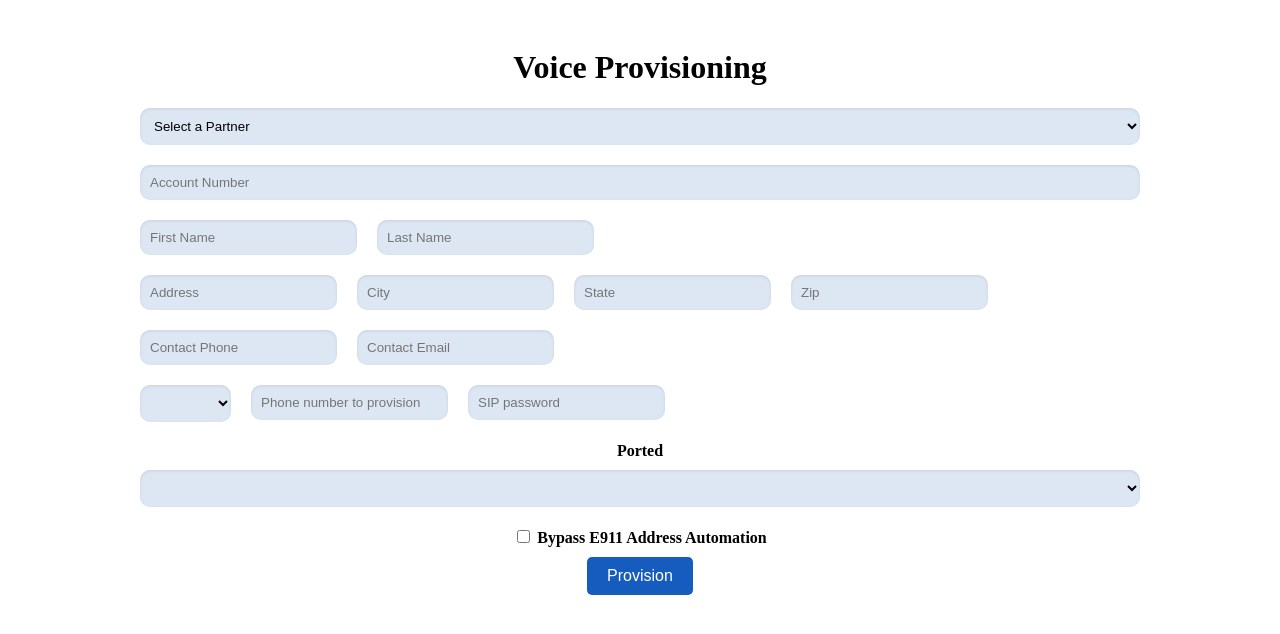
Repository: smallchungus/logiccom
Page: /
The author's editor kept a copy of each file at every save. The page is drawn from the files as they stood at one save, then again after the next save.
The browser window is 1280 px wide. The pictures show the whole page.
The project was rebuilt for these pictures with package versions that can differ from the ones it lists, and the page was loaded fresh each time. Also part of the build but not shown: vite.config.ts.

Above is the page before, as saved 2023-05-04 12:15:58.

### src/App.vue
<style src="./styles.css"></style>


<template>


<form>
  <header>
    <h1>Voice Provisioning</h1>
  </header>
      <div class="form-group">
        <!-- <label for="partner">Select a partner:</label> -->
        <select id="partner" name="partner" placeholder="Select a Partner">
          <option value="Sprout">Select a Partner</option>
          <option value="option2">Option 2</option>
        </select>
      </div>

      <div class="form-group">
        <input type="text" id="accountNum" name="accountNum" placeholder="Account Number">
      </div>

    <div class="form-row">
      <div class="form-group">
        <input type="text" id="firstName" name="firstName" placeholder="First Name" class="inline">
      </div>

      <div class="form-group">
        <input type="text" id="lastName" name="lastName" placeholder="Last Name" class="inline">
      </div>
    </div>

    <div class="form-row">
      <div class="form-group">
        <input type="text" id="address" name="address" placeholder="Address">
      </div>

      <div class="form-group">
        <input type="text" id="city" name="city" placeholder="City">
      </div>

      <div class="form-group">
        <input type="text" id="state" name="state" placeholder="State">
      </div>

      <div class="form-group">
        <input type="text" id="zip" name="zip" placeholder="Zip">
      </div>
    </div>

    <div class="form-row">
      <div class="form-group">
        <input type="text" id="contactPhone" name="contactPhone" placeholder="Contact Phone">
      </div>

      <div class="form-group">
        <input type="text" id="contactEmail" name="contactEmail" placeholder="Contact Email">
      </div>
    </div>

    <div class="form-row">
      <div class="form-group">
        <!-- <label for="customerType">Customer Type:</label> -->
        <select id="customerType" name="customerType">
          <option value="Sprout"></option>
          <option value="option2">Option 2</option>
        </select>
      </div>

      <div class="form-group">
        <input type="text" id="phoneToProv" name="phoneToProv" placeholder="Phone number to provision">
      </div>

      <div class="form-group">
        <input type="password" id="sipPassword" name="sipPassword" placeholder="SIP password">
      </div>
    </div>

    <label for="ported">Ported</label>
    <select id="ported" name="ported">
      <option value=""></option>
      <option value="option2">Option 2</option>
    </select>

    <label>
      <input type="checkbox" >
      Bypass E911 Address Automation
    </label>

    <button type="submit">Provision</button>
  </form>
</template>

### src/styles.css
header {
    text-align: center;
    margin: 0 auto;
  }

  body {
    text-align: center;
  }

  form {
    /* background-color: #f7f7f7; */
    border-radius: 5px;
    padding: 20px;
    margin: 0 auto;
    max-width: 1000px;
  }

  .form-row {
    display: flex;
    flex-wrap: wrap;
  }

  .form-row .form-group {
    /* width: calc(50% - 10px); */
    margin-right: 20px;
  }

  /* .form-row .form-group:last-child {
    margin-right: 0;
  } */

  label {
    display: block;
    font-weight: bold;
    margin-bottom: 10px;
  }

  input[type="text"],
  input[type="password"],
  select {
    box-sizing: border-box; /* add this line */
    background-color: #dde7f4;
    width: 100%;
    padding: 10px;
    border: none;
    border-radius: 10px;
    margin-bottom: 20px;
    box-shadow: inset 0px 1px 3px rgba(0, 0, 0, 0.1);
  }

  input[type="text"].inline {
    display: inline-block;
    /* width: calc(50% - 10px); */
    margin-right: 20px;
  }

  /* input[type="text"].inline:last-child {
    margin-right: 0;
  } */

  button[type="submit"] {
    background-color: #165cbe;
    color: #fff;
    border: none;
    border-radius: 5px;
    padding: 10px 20px;
    font-size: 16px;
    cursor: pointer;
  }

  @media (min-width: 1024px) {
    header {
      display: flex;
      justify-content: center;
      align-items: center;
    }
  }

Loaded but not shown: index.html (common file); src/main.ts (common file)

After the next save:
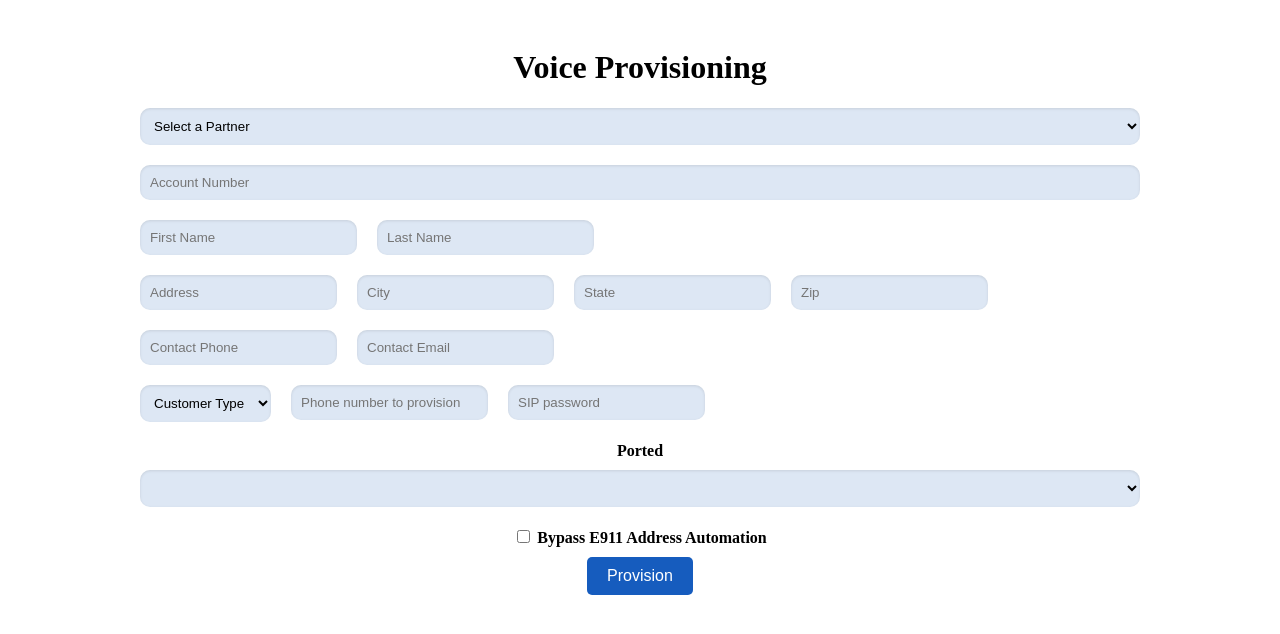
Saved 29 s later.
--- a/src/App.vue
+++ b/src/App.vue
@@ -62,7 +62,7 @@
       <div class="form-group">
         <!-- <label for="customerType">Customer Type:</label> -->
         <select id="customerType" name="customerType">
-          <option value="Sprout"></option>
+          <option value="Sprout">Customer Type</option>
           <option value="option2">Option 2</option>
         </select>
       </div>
